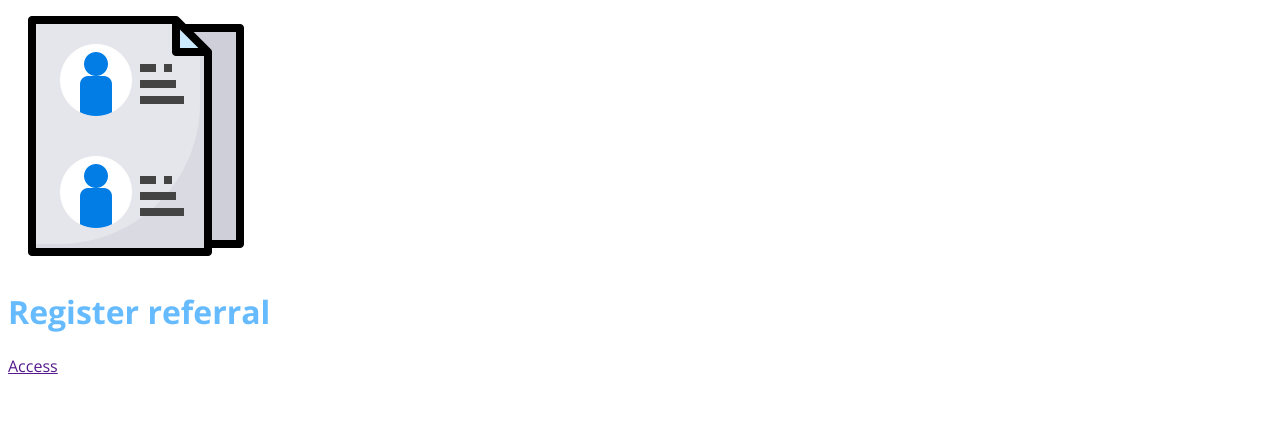
Repository: israelrodriguees/QAactivity
Page: referral/src/main/webapp/index.html
The author's editor kept a copy of each file at every save. The page is drawn from the files as they stood at one save, then again after the next save.
The browser window is 1280 px wide. The pictures show the whole page.

Above is the page before, as saved 2021-08-16 15:24:21.

### referral/src/main/webapp/index.html
<!DOCTYPE html>
<html>
<head>
<meta charset="ISO-8859-1">
<title>Referral Form</title>
<link rel="icon" href="images/form.png">
<link rel="stylesheet" href="style.css">
</head>
<body>
<img src="images/bigform.png">
	<h1>Register referral</h1>
	<a href="">Access</a>
</body>
</html>

### referral/src/main/webapp/style.css
@charset "ISO-8859-1";
@import url('https://fonts.googleapis.com/css2?family=Open+Sans:wght@400;700&display=swap');

body{
	font-family: 'Open Sans', sans-serif;;
	font-size: 1em;
	font-weight: 400;
}

h1{
	color: #66bbff;
}

.button1{
	text-decoration: none;
	background-color: #66bbff;
	padding: 5px 10px 5px 10px;

}

After the next save:
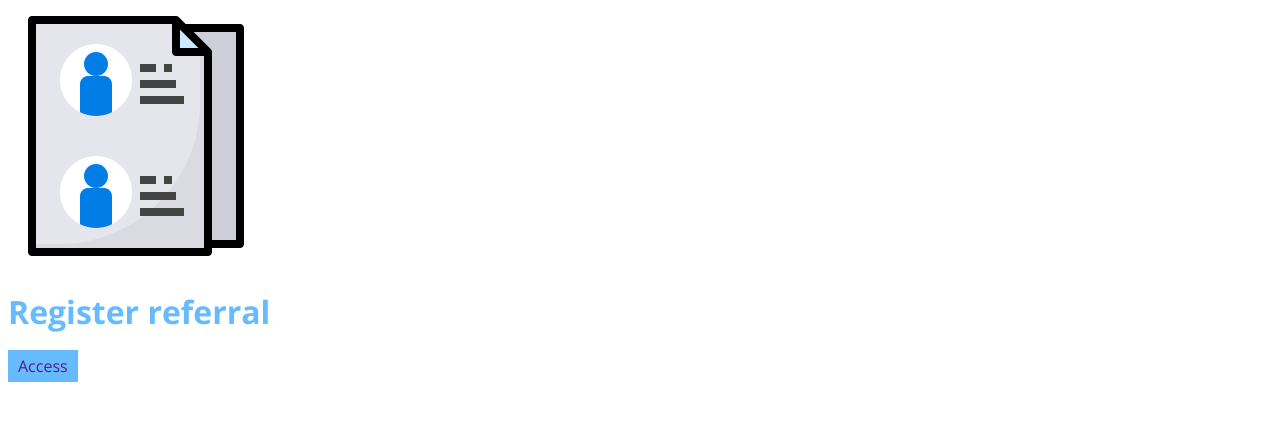
Saved 1 s later.
--- a/referral/src/main/webapp/index.html
+++ b/referral/src/main/webapp/index.html
@@ -9,6 +9,6 @@
 <body>
 <img src="images/bigform.png">
 	<h1>Register referral</h1>
-	<a href="">Access</a>
+	<a href="" class="button1">Access</a>
 </body>
 </html>
